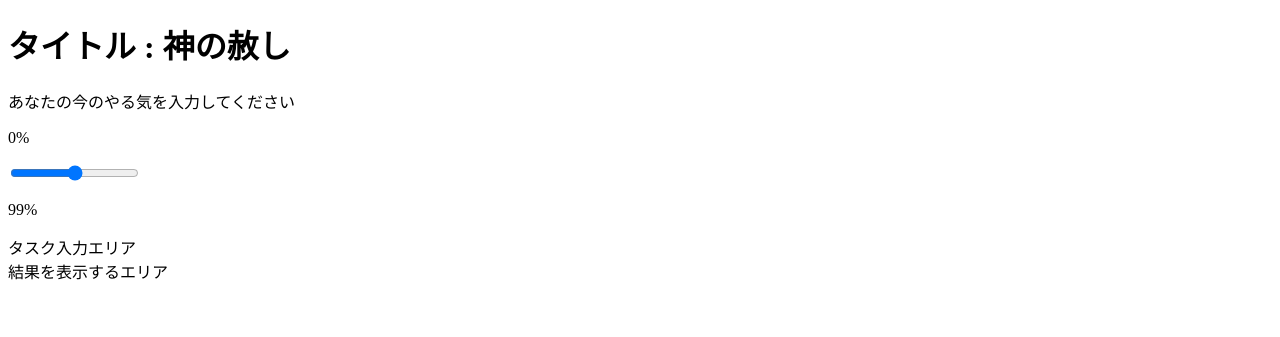
Repository: masa0306/god_forgiveness
Page: index.html
An editor plug-in stored every save of this project. The page is shown before and after a run of saves, followed by the edit.
The browser window is 1280 px wide. The pictures show the whole page.

Above is the page before, as saved 2024-05-14 23:05:30.

After the next 3 saves:
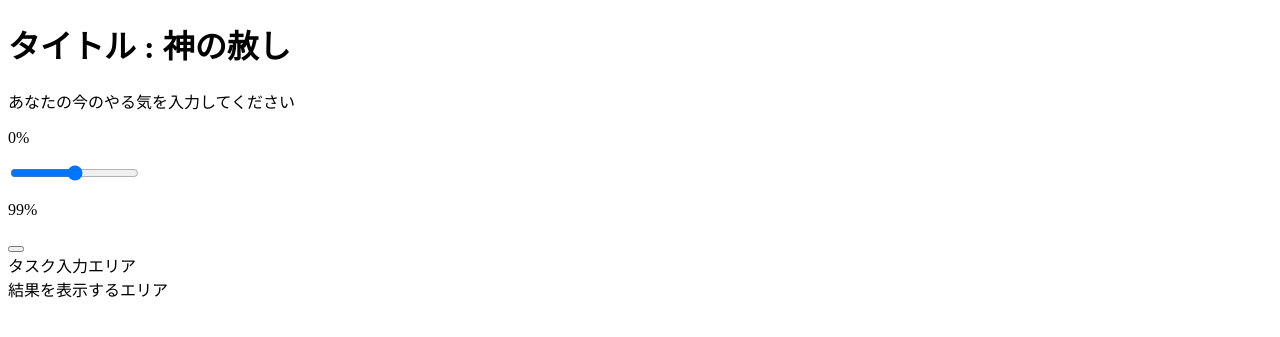
The 3 saves are shown as one change because they came seconds apart.
The last was saved 11 s later.
--- a/index.html
+++ b/index.html
@@ -15,7 +15,7 @@
         <p>0%</p>
         <input type="range" name="motivation" min="0" max="99">
         <p>99%</p>
-
+        <button id=""></button>
     </div>
 
 
